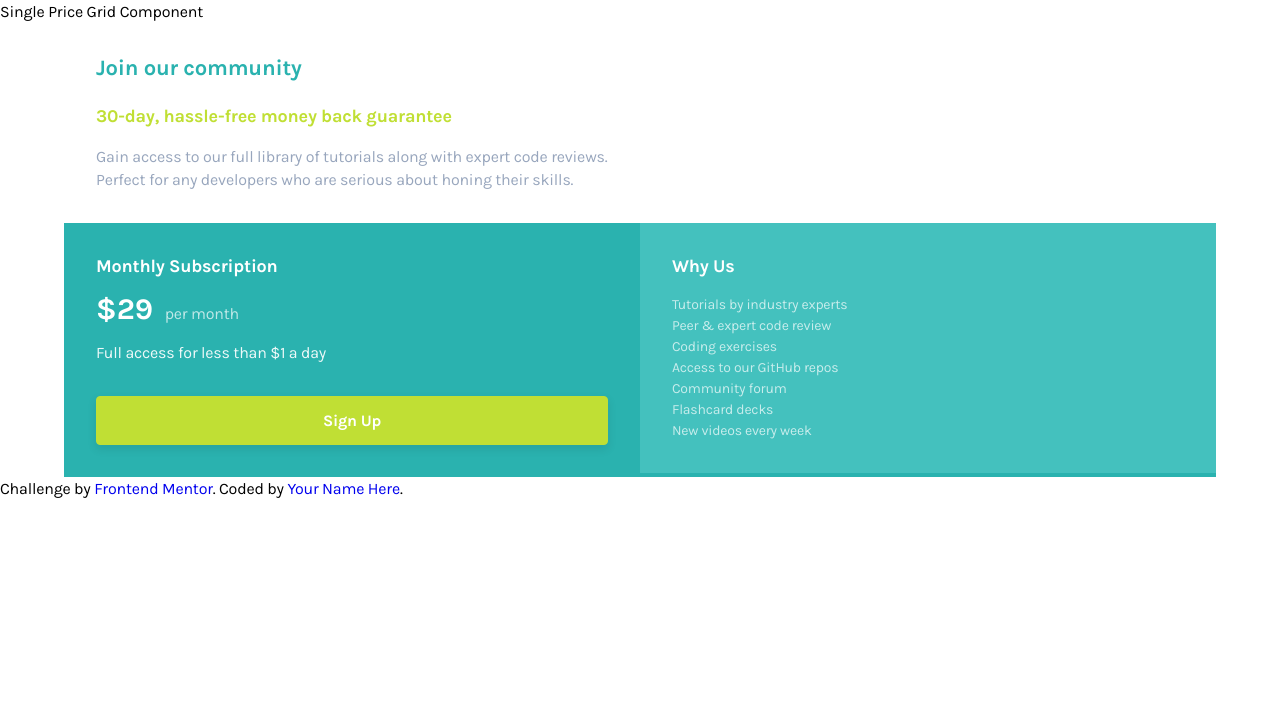
Repository: bangjuyoung/bangjuyoung
Page: practice/frontend-mentor/single-price-grid-component/index.html
The author's editor kept a copy of each file at every save. The page is drawn from the files as they stood at one save, then again after the next save.
The browser window is 1280 px wide. The pictures show the whole page.

Above is the page before, as saved 2019-06-16 14:53:04.

### practice/frontend-mentor/single-price-grid-component/index.html
<!DOCTYPE html>
<html lang="en">

<head>
  <meta charset="UTF-8">
  <meta name="viewport" content="width=device-width, initial-scale=1.0">
  <title>Frontend Mentor | Single Price Grid Component</title>
  <link rel="icon" type="image/png" sizes="32x32" href="./images/favicon-32x32.png">
  <link rel="stylesheet" href="../../../assets/css/base.css">
  <link href="https://fonts.googleapis.com/css?family=Karla:400,700&display=swap" rel="stylesheet">
  <link rel="stylesheet" href="./default.css">
</head>

<body>
  <main role="main">
    <h1>Single Price Grid Component</h1>
    <article class="single-price__wrapper">

      <div class="single-price__primary">
        <section class="text-primary--gray single-price single-price1">
          <div class="single-price__body">
            <h2 class="text-primary single-price__title">Join our community</h2>
            <h3 class="text-secondary single-price__subtitle">30-day, hassle-free money back guarantee</h3>
            <p>Gain access to our full library of tutorials along with expert code reviews.</p>
            <p>Perfect for any developers who are serious about honing their skills.</p>
          </div>
        </section>
      </div>

      <div class="theme-primary single-price__secondary">
        <section class="single-price single-price2">
          <div class="single-price__body">
            <h3 class="text-white single-price__subtitle">Monthly Subscription</h3>
            <div class="single-price__divider">
              <p class="text-light single-price__text">
                <strong class="text-white single-price__display1">&dollar;29</strong> per month
              </p>
              <p class="single-price__text">Full access for less than &dollar;1 a day</p>
            </div>
            <a href="/" class="btn btn-secondary btn-block btn--float">Sign Up</a>
          </div>
        </section>

        <section class="theme-primary--light single-price single-price3">
          <div class="single-price__body single-price__body2">
            <h4 class="text-white single-price__subtitle">Why Us</h4>
            <p>
              Tutorials by industry experts<span class="newline"></span>
              Peer &amp; expert code review<span class="newline"></span>
              Coding exercises<span class="newline"></span>
              Access to our GitHub repos<span class="newline"></span>
              Community forum<span class="newline"></span>
              Flashcard decks<span class="newline"></span>
              New videos every week
            </p>
          </div>
        </section>
      </div>

    </article>
  </main>


  <footer role="contentinfo">
    <p class="attribution">
      Challenge by <a href="https://www.frontendmentor.io?ref=challenge" target="_blank" rel="noopener">Frontend
        Mentor</a>.
      Coded by <a href="#">Your Name Here</a>.
    </p>
  </footer>
</body>

</html>

### assets/css/base.css
@charset "UTF-8";

/*
// Base
//
// Normalization of HTML elements, manually forked from Normalize.css to remove
// styles targeting irrelevant browsers while applying new styles.
//
// Normalize is licensed MIT. https://github.com/necolas/normalize.css
*/

/*
 * Document
 */

*,
*::before,
*::after {
  /* padding 과 border 가 요소 너비에 포함되도록 설정 */
  box-sizing: border-box;
}

html {
  /* 모든 브라우저에 기본 폰트 및 line-height 설정 */
  font-family: sans-serif;
  line-height: 1.15;
  /* window 폰의 IE 나 iOS 에서 방향 변경시 폰트 사이즈 수정되는 현상 막음 */
  -webkit-text-size-adjust: 100%;
  /* @viewport 설정시 IE11 과 Edge 에서 스크롤바가 컨텐트에 겹치므로 겹치지 않고 자동 숨김 되지 않도록 강제 */
  -ms-overflow-style: scrollbar;
  /* iOS 에서 완전히 투명으로 보이기 위해 기본 탭 하이라이트 변경 */
  -webkit-tap-highlight-color: rgba(0, 0, 0, 0);
}

/* IE10 이하 및 오래된 브라우저에서 새 HTML5 요소들 맞게 표시 */
article,
aside,
figcaption,
figure,
footer,
header,
hgroup,
main,
nav,
section {
  display: block;
}

/* 여백 초기화 */
body,
h1,
h2,
h3,
h4,
h5,
h6,
p,
ol,
ul,
dl,
blockquote,
pre,
figure,
input,
button,
select,
optgroup,
textarea,
fieldset {
  margin: 0;
}

/*
 * Body
 */

/*
  -apple-system, // Safari for OS X and iOS (San Francisco)
  BlinkMacSystemFont, // Chrome < 56 for OS X (San Francisco)
  "Segoe UI", // Windows
  "Roboto", // Android
  "Helvetica Neue", Arial, sans-serif, // Basic web fallback
  "Apple Color Emoji", "Segoe UI Emoji", "Segoe UI Symbol" !default; // Emoji fonts
 */

body {
  font-family: -apple-system, BlinkMacSystemFont, 'Segoe UI', Roboto,
    'Helvetica Neue', Arial, Noto Sans, sans-serif, 'Apple Color Emoji',
    'Segoe UI Emoji', 'Segoe UI Symbol', 'Noto Color Emoji';
  font-size: 1rem;
  font-weight: 400;
  line-height: 1.5;
  /* 명시적으로 기본값을 지정해 하위 요소들이 상속 받을 수 있게 함 */
  text-align: left;
  /* 기본 배경색 지정 */
  background-color: #fff;
}

body,
input,
textarea,
select,
button {
  font-synthesis: none;
  -moz-font-feature-settings: 'kern';
  -webkit-font-smoothing: antialiased;
  -moz-osx-font-smoothing: grayscale;
}

/*
 * Future-proof rule: in browsers that support :focus-visible,
 * focus outline 을 표시하지 않는 요소에 프로그램적으로 포커스가 갔을때 focus outline 숨김
 *
 * See https://developer.mozilla.org/en-US/docs/Web/CSS/:focus-visible
 * and https://developer.paciellogroup.com/blog/2018/03/focus-visible-and-backwards-compatibility/
 */
[tabindex='-1']:focus:not(:focus-visible) {
  outline: 0 !important;
}

/*
 * Content grouping
 *
 */

hr {
  box-sizing: content-box;
  height: 0;
  /* Edge와 ie에서 overflow 표시 */
  overflow: visible;
}

/*
 * Typography
 */

h1,
h2,
h3,
h4,
h5,
h6 {
  font-size: inherit;
  font-weight: inherit;
}

/*
 * Abbreviations
 */

abbr[title] {
  /* Chrome, Edge, IE, Opera, 그리고 Safari 에서 테스트 표시줄 스타일 정정 */
  text-decoration: underline;
  text-decoration: underline dotted;
  /* 바뀐 행위를 나타내기 위해 명시적으로 커서를 추가 */
  cursor: help;
  /* Firefox 39이하에서 나타나는 테스트 하단 테투리 제거 */
  border-bottom: 0;
  /* 텍스트 표시줄이 건너뛰지 않도록 설정 */
  text-decoration-skip-ink: none;
}

address {
  font-style: normal;
  line-height: inherit;
}

b,
strong {
  /* Chrome, Edge, 그리고 Safari 에서 올바른 글자 굵기 정정 */
  font-weight: bolder;
}

small {
  /* 모든 브라우저에서 글자 크기 정정 */
  font-size: 85%;
}

/*
 * 모든 브라우저에서 sub 과 sup 요소들이 즐 간격 영향 받지 않도록 설정
 */

sub,
sup {
  position: relative;
  font-size: 75%;
  line-height: 0;
  vertical-align: baseline;
}

sub {
  bottom: -0.25em;
}

sup {
  top: -0.5em;
}

/*
 * Links
 */

a {
  text-decoration: none;
  /* IE 10 에서 현재 열려 있는 링크에 나타나는 회색배경색을 제거 */
  background-color: transparent;
}

a:hover {
  text-decoration: underline;
}

/*
 * tablindex 없이는 명시적으로 키보드 포커스가 가능하지 않도록 href 속성이 없는 플레이스 홀더 링크/네임 앵커에 대한 스타일 재지정
 * 단순히 a[href] 로 스타일 지정이 간단할 수 있지만, 많은 다른 스타일내에서 고치기엔 복잡한 특정 이슈 유발 가능성 존재
 * See https://github.com/twbs/bootstrap/issues/19402
 */

a:not([href]):not([tabindex]) {
  color: inherit;
  text-decoration: none;
}

a:not([href]):not([tabindex]):hover,
a:not([href]):not([tabindex]):focus {
  color: inherit;
  text-decoration: none;
}

a:not([href]):not([tabindex]):focus {
  outline: 0;
}

/*
 * Code
 */

pre,
code,
kbd,
samp {
  font-family: SFMono-Regular, Menlo, Monaco, Consolas, 'Liberation Mono',
    'Courier New', monospace;
  /* 모든 브라우저에서 이상한 em 글자 크기 정정 */
  font-size: 1em;
}

pre {
  /* 바깥 영역을 깨지 않도록 내용 영역 오버플로우 설정 */
  overflow: auto;
  /* IE11 와 Edge 에서 @viewport 설정시 스크롤바가 내용을 덮는 현상에서 내용 덮지 않고 자동으로 숨겨지지 않도록 재지정  */
  -ms-overflow-style: scrollbar;
}

/*
 * Images and content
 */

img {
  vertical-align: middle;
  /* IE10 이하에서 링크 내 이미지 요소들에 테두리 제거 */
  border-style: none;
}

svg {
  /*
     * IE10/11 에서 오버플로우 되는 버그로 인해 필요
     * See https://github.com/twbs/bootstrap/issues/26878
     */
  overflow: hidden;
  vertical-align: middle;
}

/*
 * Tables
 */

table {
  /* Prevent double borders 테두리들이 맞 닿았을 때 합쳐지도록 설정 */
  border-collapse: collapse;
}

/* body 요소나 가장 가까운 부모로 부터 지정된 텍스트 정렬 요소를 상속해 td 요소 정렬과 일치 */
caption,
th {
  text-align: inherit;
}

/*
 * Forms
 */

/*
 * macOS Chrome 에서 추가되는 기본 border-radius  제거
 * Details at https://github.com/twbs/bootstrap/issues/24093
 */
button {
  border-radius: 0;
}

/* Firefox/IE 에서 button 배경색이 투명일 때 기본 button 포커스 스타일이 손실되는 버그 피함
 * Credit: https://github.com/suitcss/base/
 */
button:focus {
  outline: 1px dotted;
  outline: 5px auto -webkit-focus-ring-color;
}

input,
button,
select,
optgroup,
textarea {
  font-family: inherit;
  font-size: inherit;
  line-height: inherit;
}

button,
input {
  /* Edge 에서 overflow 보임  */
  overflow: visible;
}

button,
select {
  /* Firefox 에서 텍스트 변형 상속되는 것을 제거 */
  text-transform: none;
}

/* 1. Android 4 에서 기본 audio 와 video 컨트롤이 제거되는 WebKit 버그 제거 */
button,
[type="button"],
/* 1 */
[type="reset"],
[type="submit"] {
  /* iOS 와 Safari 에서 클릭 가능한 타입으로 스타일 정정  */
  -webkit-appearance: button;
}

/* Firefox 에서 안쪽 테두리와 여백 제거하고 Normalize 처럼 outline 을 복원하지 않음 */
button::-moz-focus-inner,
[type='button']::-moz-focus-inner,
[type='reset']::-moz-focus-inner,
[type='submit']::-moz-focus-inner {
  padding: 0;
  border-style: none;
}

/* IE 10 이하에서 box sizing 정정 추가 및 padding 제거 */
input[type='radio'],
input[type='checkbox'] {
  box-sizing: border-box;
  padding: 0;
}

input[type='date'],
input[type='time'],
input[type='datetime-local'],
input[type='month'] {
  /* Mobile Safari 에서 line-height 설정시 텍스트가 input 내 수직 중양 정렬되지 않는 버그를 피하기 위해 시간 input 기본 모양 제거
    // See https://bugs.webkit.org/show_bug.cgi?id=139848
    // and https://github.com/twbs/bootstrap/issues/11266
    */
  -webkit-appearance: listbox;
}

textarea {
  /* IE 에서 기본 수직 스크롤바 제거 */
  overflow: auto;
  /* textarea 는 수직으로만 리사이즈 되도록 설정 */
  resize: vertical;
}

fieldset {
  /*
     * fieldsets 은 min-width이 min-content 로 일반 블록 요소처럼 min-width 재지정
     * See https://github.com/twbs/bootstrap/issues/12359
     * and https://html.spec.whatwg.org/multipage/#the-fieldset-and-legend-elements
     * 페이지 레이아웃에 영향을 주지 않도록 기본 스타일 리셋
     */
  min-width: 0;
  padding: 0;
  border: 0;
}

/* 1. Edge 와 IE 에서 텍스트 래핑 정정 */
legend {
  display: block;
  width: 100%;
  /* 1 */
  max-width: 100%;
  margin-bottom: 0.5rem;
  padding: 0;
  font-size: 1.5rem;
  /* IE 에서 fieldset 요소로 부터 색상 상속하도록 정정 */
  color: inherit;
  line-height: inherit;
  /* 1 */
  white-space: normal;
}

progress {
  /* Chrome, Firefox, Opera 에서 vertical alignment 스타일 추가 */
  vertical-align: baseline;
}

[type='number']::-webkit-inner-spin-button,
[type='number']::-webkit-outer-spin-button {
  /* Chrome 에서 증감 버튼 커서 스타일 정정 */
  height: auto;
}

[type='search'] {
  /*
     * iOS 에서 검색 input 의 추가적인 둥근 코너를 오버라이드하여
     * 기본 form-control 클래스 스타일이 적절히 스타일 적용될 수 있도록 함
     * https://github.com/twbs/bootstrap/issues/11586.
     * Safari 에서 outline 스타일 정정
     */
  outline-offset: -2px;
  -webkit-appearance: none;
}

/*
 * macOS 에서 Chrome 과 Safari 에서 안쪽 여백 제거
 */

[type='search']::-webkit-search-decoration {
  -webkit-appearance: none;
}

::-webkit-file-upload-button {
  font: inherit;
  /* iOS 와 Safari 에서 클릭가능한 타입으로 정정 */
  -webkit-appearance: button;
}

/*
* 요소 디스플레이 정정
*/

output {
  display: inline-block;
}

summary {
  /* 모든 브라우저에서 적절한 디스플레이 속성 추가 */
  display: list-item;
  cursor: pointer;
}

template {
  /* IE에서 필요 */
  display: none;
}

[hidden] {
  /* hidden 속성을 가진 HTML 요소는 항상 숨김 (from PureCSS), IE 10 이하에서 필요 */
  display: none !important;
}

### practice/frontend-mentor/single-price-grid-component/default.css
@charset "UTF-8";

html {
    font-size: 15px;
}

body {
    font-family: 'Karla', sans-serif;
    letter-spacing: -0.013em;
    line-height: 1.44;
}

@media (min-width: 48rem) {
    html {
        font-size: 16px;
    }
}

.btn {
    display: inline-block;
    padding: 0.75rem 1.25rem;
    font-weight: 700;
    text-align: center;
    border: 1px solid transparent;
    border-radius: 0.25rem;
}

.btn:hover {
    text-decoration: none;
}

.btn-block {
    width: 100%;
}

.btn--float {
    box-shadow: 0 4px 8px 1px rgba(0, 0, 0, 0.08);
}

.newline {
    display: block;
}


/*
 * single-price
 */
.single-price__wrapper {
    max-width: 36rem;
    margin-left: auto;
    margin-right: auto;
}

.single-price__divider {
    margin-bottom: 2rem;
}

.single-price__text+.single-price__text {
    margin-top: 1rem;
}

.single-price__body {
    padding: 2rem;
}

@media (min-width: 74rem) {
    .single-price__wrapper {
        max-width: 72rem;
    }

    .single-price__secondary::after {
        content: '';
        display: block;
        clear: both;
    }

    .single-price__secondary .single-price {
        float: left;
        width: 50%;
    }
}

.single-price__title {
    margin-bottom: 1.5rem;
    font-size: 1.375rem;
    font-weight: 700;
    line-height: 1.2;
}

.single-price__subtitle {
    margin-bottom: 1rem;
    font-size: 1.125rem;
    font-weight: 700;
    line-height: 1.3;
}

.single-price__display1 {
    font-size: 1.875rem;
    font-weight: 700;
    letter-spacing: 0;
    line-height: 1;
}

.single-price__body2 {
    font-size: 0.875rem;
    line-height: 1.5;
}


/*
 * specific
 */

.single-price2 .single-price__display1 {
    margin-right: 0.5rem;
}

.single-price3 .newline {
    display: none;
}

@media (min-width: 74rem) {
    .single-price3 .newline {
        display: block;
    }
}


/*
 * theme
 */

.btn-secondary {
    color: #fff;
    background-color: hsl(71, 73%, 54%);
    border-color: hsl(71, 73%, 54%);
}

.theme-primary {
    color: rgba(255, 255, 255, 0.92);
    background-color: hsl(179, 62%, 43%);
}

.theme-primary--light {
    color: rgba(255, 255, 255, 0.7);
    background-color: hsl(179, 50%, 51%);
}

.text-primary {
    color: hsl(179, 62%, 43%);
}

.text-primary--gray {
    color: hsl(218, 22%, 67%);
}

.text-secondary {
    color: hsl(71, 73%, 54%);
}

.text-gray--pale {
    color: hsl(204, 43%, 93%);
}

.text-white {
    color: #fff;
}

.text-light {
    color: rgba(255, 255, 255, 0.7);
}

After the next save:
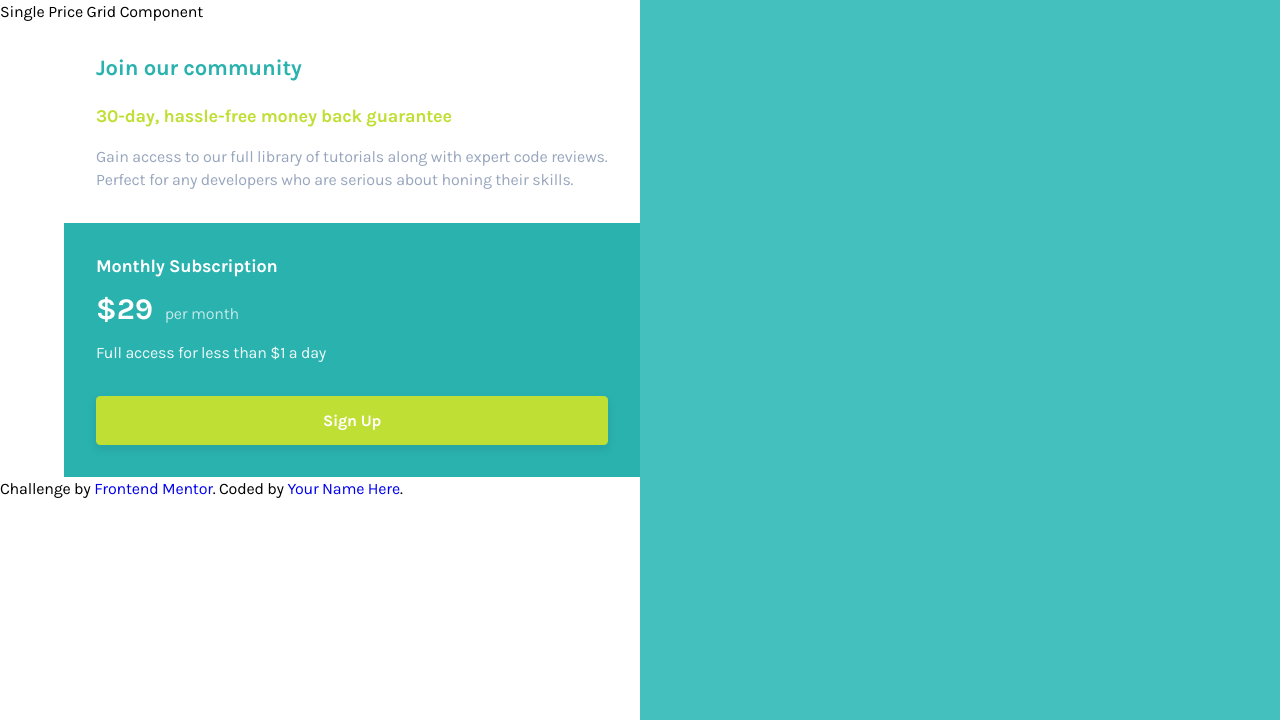
Saved 108 s later.
--- a/practice/frontend-mentor/single-price-grid-component/default.css
+++ b/practice/frontend-mentor/single-price-grid-component/default.css
@@ -66,6 +66,16 @@
 @media (min-width: 74rem) {
     .single-price__wrapper {
         max-width: 72rem;
+    }
+
+    .single-price__secondary::before {
+        content: '';
+        position: absolute;
+        top: 0;
+        right: 0;
+        bottom: 0;
+        left: 50%;
+        background-color: hsl(179, 50%, 51%);
     }
 
     .single-price__secondary::after {

After the save that followed:
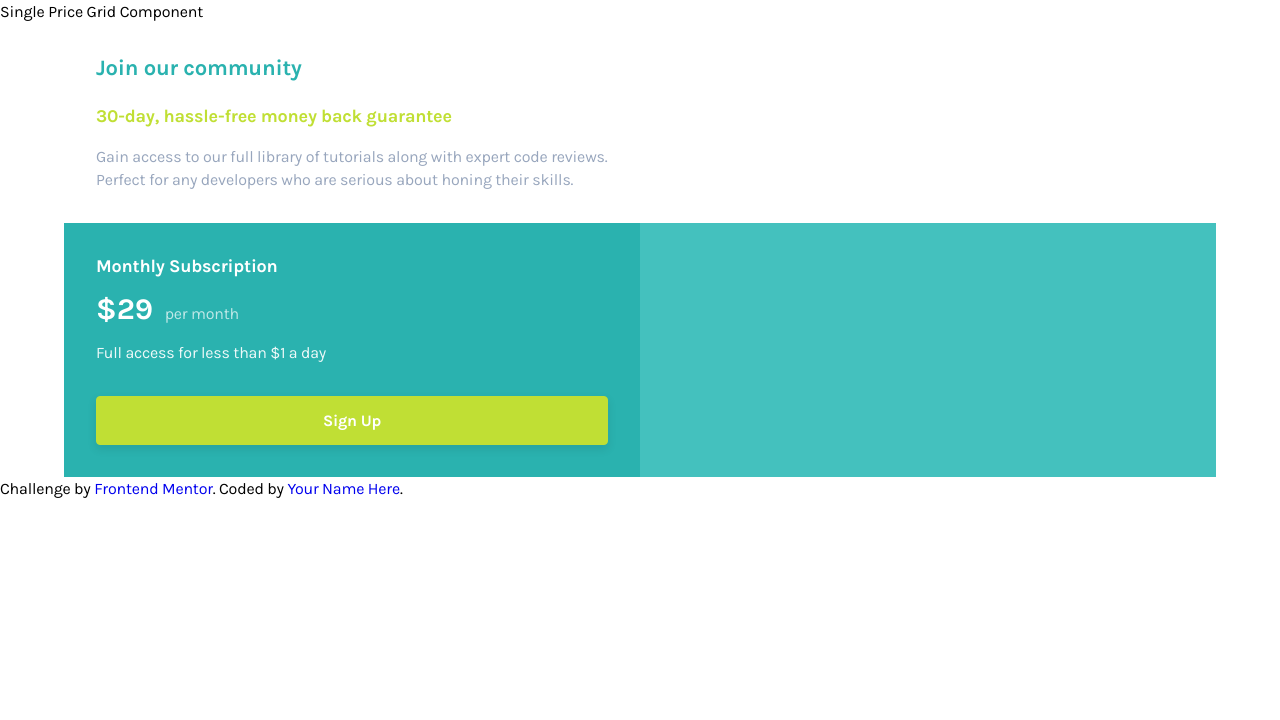
Saved 18 s later.
--- a/practice/frontend-mentor/single-price-grid-component/default.css
+++ b/practice/frontend-mentor/single-price-grid-component/default.css
@@ -66,6 +66,10 @@
 @media (min-width: 74rem) {
     .single-price__wrapper {
         max-width: 72rem;
+    }
+
+    .single-price__secondary {
+        position: relative;
     }
 
     .single-price__secondary::before {
